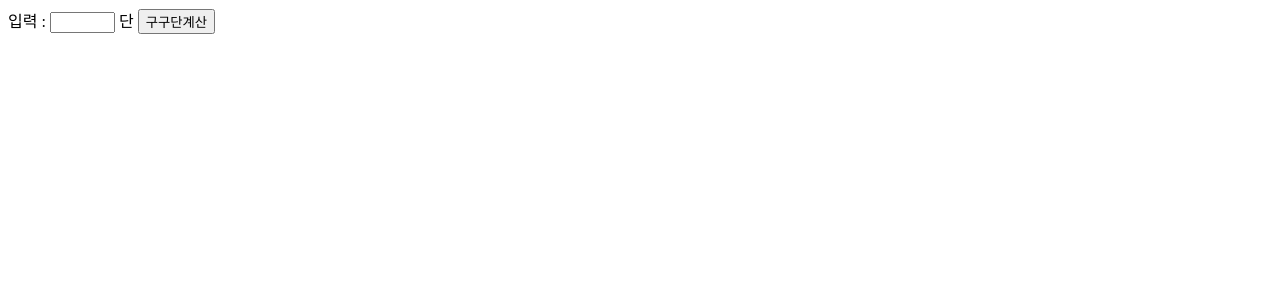
Repository: usonihs/StudyX
Page: http://localhost/Servlets/MultTable_02.jsp
An editor plug-in stored every save of this project. The page is shown before and after the next save, followed by the edit.
The browser window is 1280 px wide. The pictures show the whole page.
The page is served by Tomcat 9. Nobody is signed in. The application's start-up code is not run. Other server files are loaded and not shown.

Above is the page before, as saved 2022-10-21 06:28:30.

### JSP/Servlets/src/main/webapp/MultTable_02.jsp
<%@ page language="java" contentType="text/html; charset=UTF-8"
	pageEncoding="UTF-8"%>
<!DOCTYPE html>
<html>
<head>
<meta charset="UTF-8">
<title>Insert title here</title>
</head>
<body>

	<form action="MultTable01" method="post">

		입력 : <input type="text" name="num" size="5"> 단
				<input type="submit" value="구구단계산">

	</form>

</body>
</html>

After the next save:
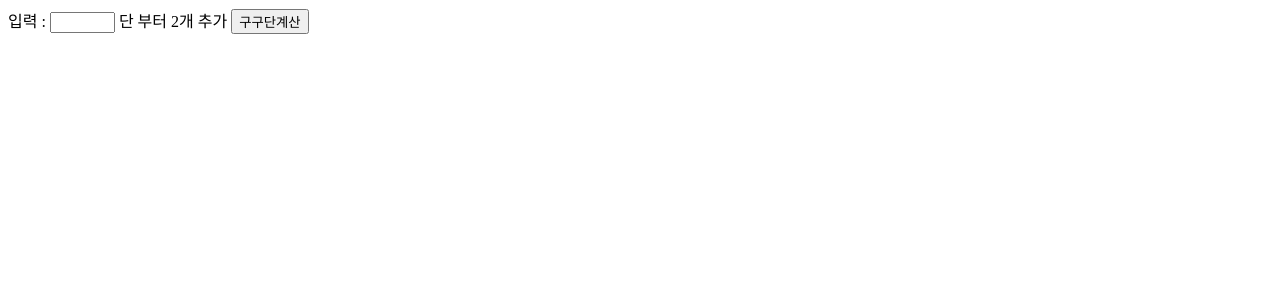
Saved 2 min 46 s later.
--- a/JSP/Servlets/src/main/webapp/MultTable_02.jsp
+++ b/JSP/Servlets/src/main/webapp/MultTable_02.jsp
@@ -8,9 +8,9 @@
 </head>
 <body>
 
-	<form action="MultTable01" method="post">
+	<form action="MultTable02" method="post">
 
-		입력 : <input type="text" name="num" size="5"> 단
+		입력 : <input type="text" name="num" size="5"> 단 부터 2개 추가
 				<input type="submit" value="구구단계산">
 
 	</form>
